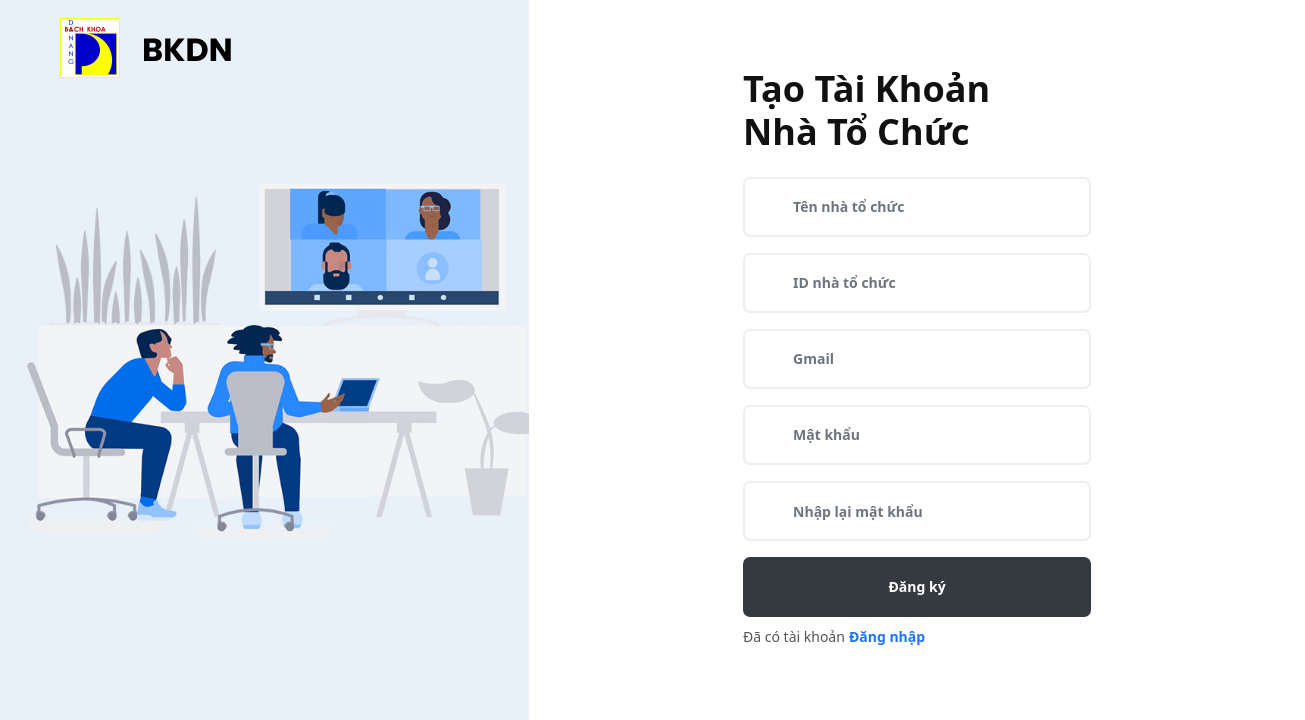
Repository: NT912/Activity-management-WEB-for-student-of-Danang
Page: http://localhost/dangkyNTC.php
An editor plug-in stored every save of this project. The page is shown before and after the next save, followed by the edit.
The browser window is 1280 px wide. The page is 1305 px wide, so the pictures cover 1305 px, including what lies to the right of the window. The pictures show the whole page.
Some web fonts or font styles are not loaded; a fallback is used. The page is run by PHP 8.4 with error messages shown; the project is at /var/www/html/.

Above is the page before, as saved 2024-05-09 23:02:04.

After the next save:
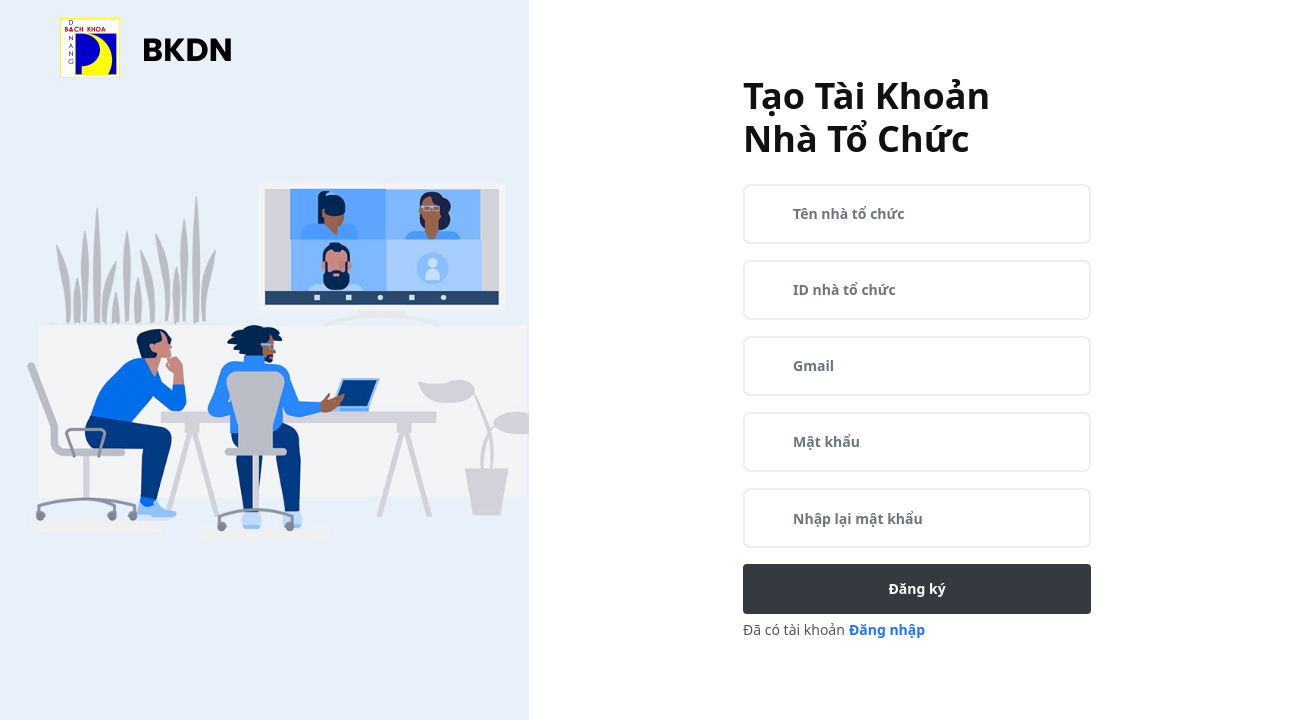
Saved 83 s later.
--- a/dangkyNTC.php
+++ b/dangkyNTC.php
@@ -151,7 +151,7 @@
                             </div>
                         </form>
                         <div class="col-sm-12 p-0 text-left">
-                            <div class="form-group mb-1"><a href="#" class="form-control text-center style2-input text-white fw-600 bg-dark border-0 p-0 ">Đăng ký</a></div>
+                        <button type="submit" id="registerButton" name="submit" class="form-control text-center style2-input text-white fw-600 bg-dark border-0 p-0" disabled>Đăng ký</button>
                             <h6 class="text-grey-500 font-xsss fw-500 mt-0 mb-0 lh-32">Đã có tài khoản<a href="login.php" class="fw-700 ms-1">Đăng nhập</a></h6>
                         </div>
 
